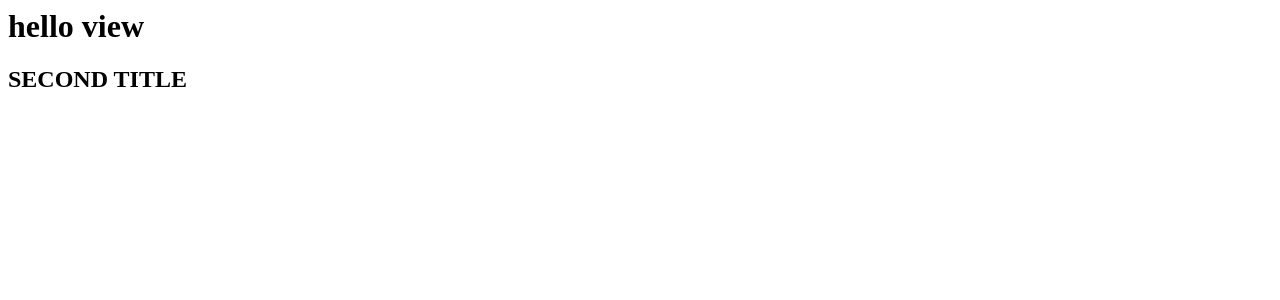
Repository: Matt-Thew/libLang
Page: vue/cnd.html
The author's editor kept a copy of each file at every save. The page is drawn from the files as they stood at one save, then again after the next save.
The browser window is 1280 px wide. The pictures show the whole page.

Above is the page before, as saved 2019-04-20 17:55:42.

### vue/cnd.html
<script src="https://cdn.jsdelivr.net/npm/vue"></script>


<div class="hello-vue">
    <h1>{{ title }}</h1>
</div>

    <div class="second">

        <h2 v-on:click="">{{ title.toUpperCase() }}</h2>
        <!-- <h3 v-text="title"> helo v-text</h3> -->
        <!-- <h4 v-on:click="sayHello">just click here</h4> -->
    </div>


<script>


    const helloWorld = new Vue({
        el: '.hello-vue',
        data:{
            title:"hello view"
        }
    });

    const second = new Vue({
        el: '.second',
        data:{
            title:"second title"
        },
        method:{
            sayHello: function(){
                alert("just hello data");
            }
        }
    });
</script>

After the next save:
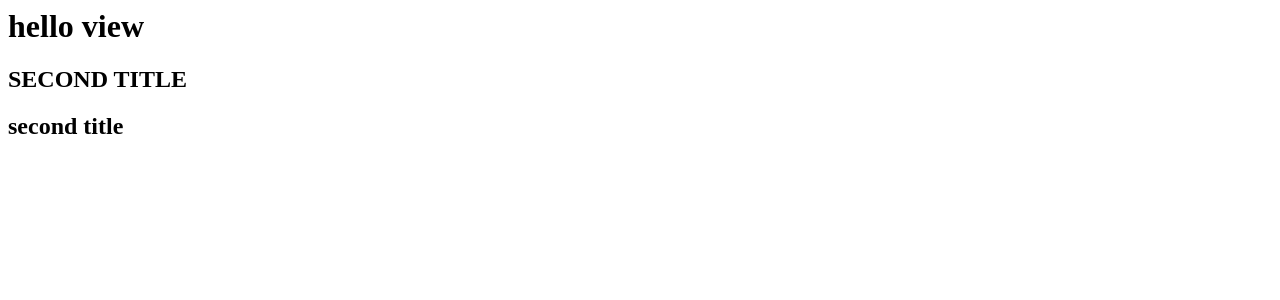
Saved 2 min 18 s later.
--- a/vue/cnd.html
+++ b/vue/cnd.html
@@ -8,6 +8,7 @@
     <div class="second">
 
         <h2 v-on:click="">{{ title.toUpperCase() }}</h2>
+        <h2 v-on:click="sayHello">{{ title }}</h2>
         <!-- <h3 v-text="title"> helo v-text</h3> -->
         <!-- <h4 v-on:click="sayHello">just click here</h4> -->
     </div>
